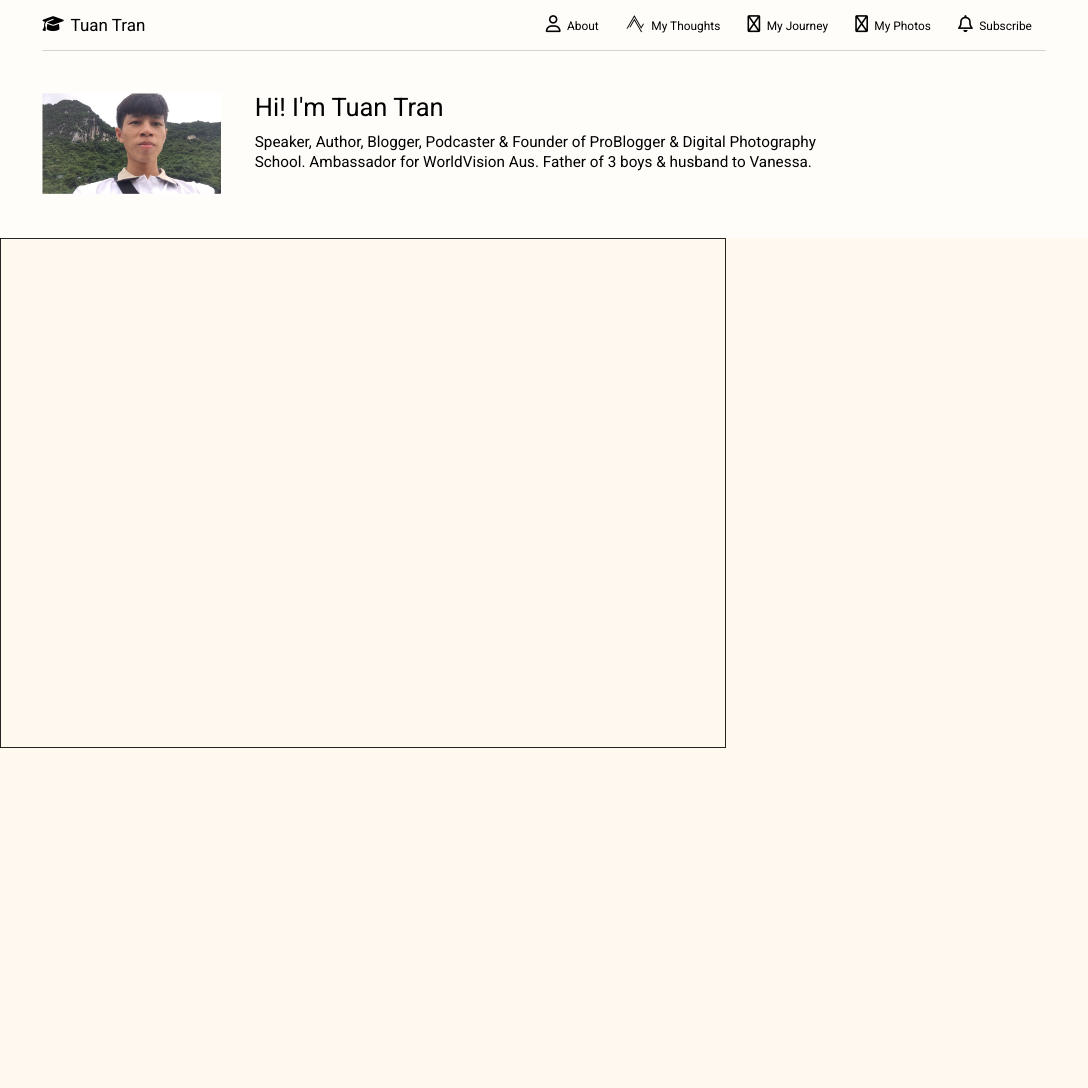
Repository: TranDinhTuann/Blog-Demo
Page: index.html
The author's editor kept a copy of each file at every save. The page is drawn from the files as they stood at one save, then again after the next save.
The browser window is 1280 px wide. The pictures show the whole page, at 85% of full size.

Above is the page before, as saved 2023-03-22 20:13:42.

After the next save:
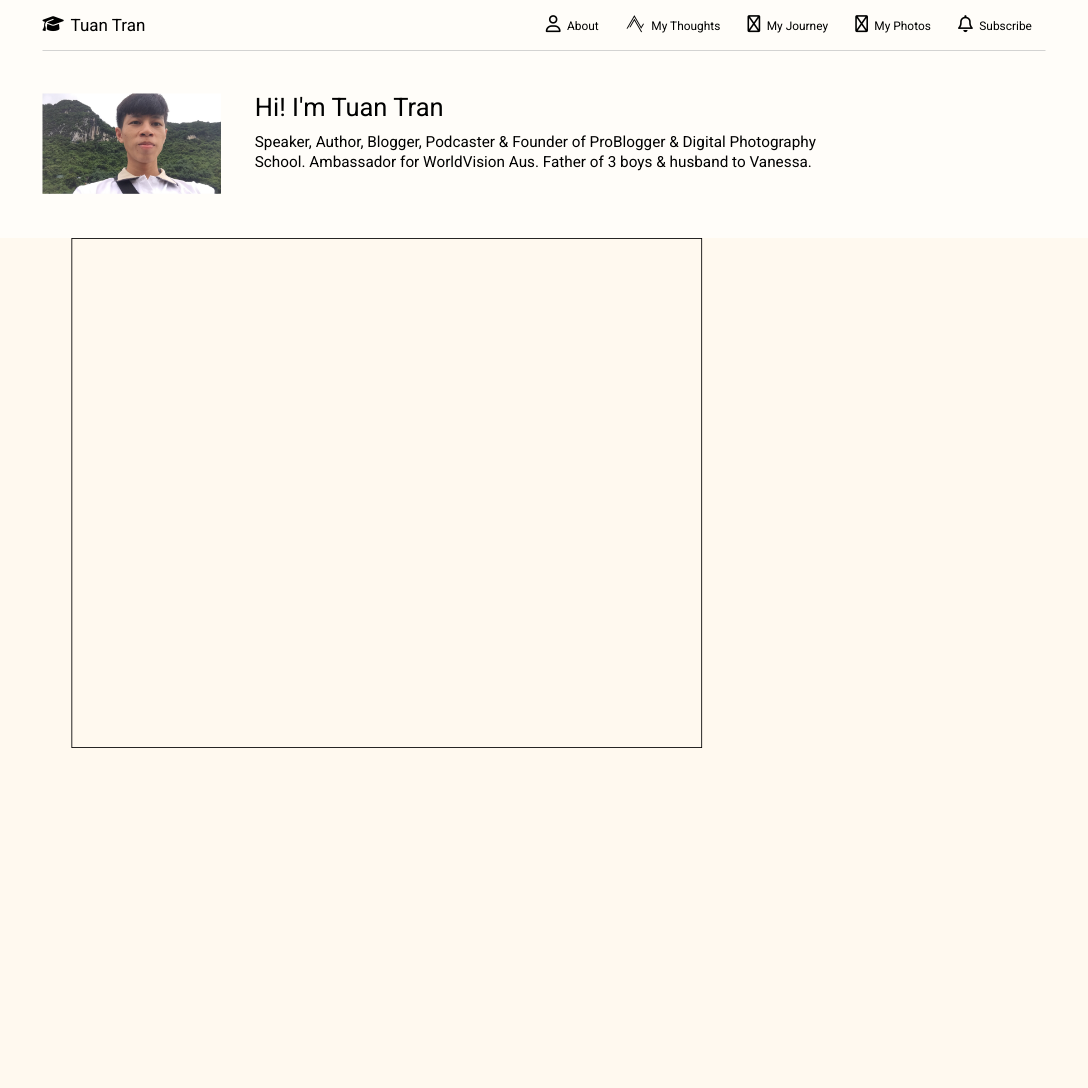
Saved 10 s later.
--- a/assets/css/main.css
+++ b/assets/css/main.css
@@ -99,7 +99,7 @@
     /* display: flex; */
 }
 .grid1  {
-    margin: auto;
+    margin: 0 84px;
     display: flex;
 }
 .content {
